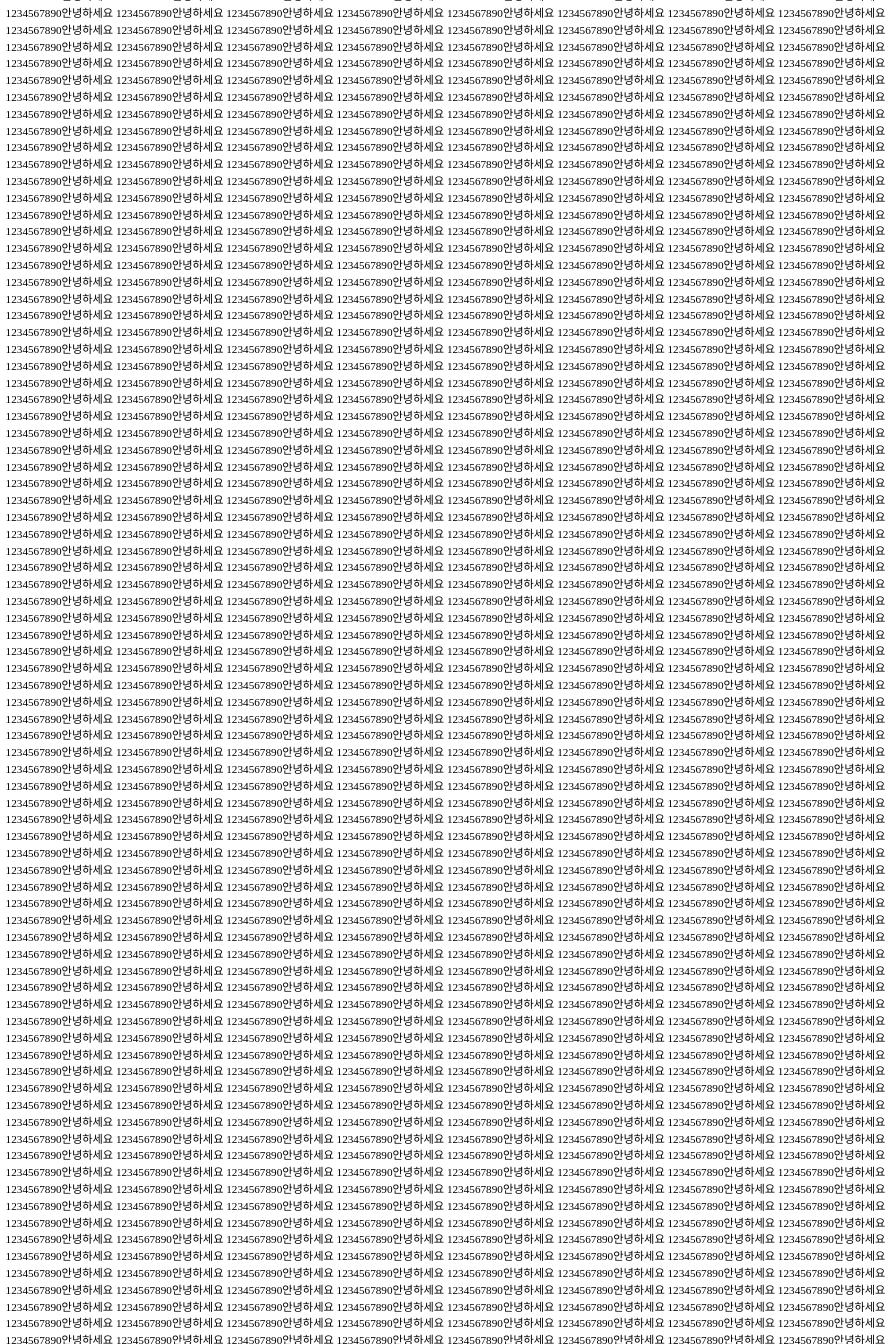
Repository: HongMW/study
Page: http://localhost/jsp01_basic/jsp03_process/jsp01_process.jsp
The author's editor kept a copy of each file at every save. The page is drawn from the files as they stood at one save, then again after the next save.
The browser window is 1280 px wide. The pictures show the part of the page from y = 2763 to 4683 px (the page is 30016 px tall before and 3016 px after), at 70% of full size.
The page is served by Tomcat 9. Other server files are loaded and not shown.

Above is the page before, as saved 2022-12-12 04:47:48.

### 04.jsp/jsp01_basic/WebContent/jsp03_process/jsp01_process.jsp
<%@page language="java" contentType="text/html; charset=UTF-8" pageEncoding="UTF-8"%>
<%@page buffer="none" %>
<!--
	A. JSP처리과정
	B. 출력버퍼와 응답
	C. 플러쉬(Flush)
 -->
<!DOCTYPE html>
<html>
<head>
<meta charset="UTF-8">
<title>Insert title here</title>
</head>
<body>
	<%
		for(int i=0;i<10000;i++) {
	%>
		1234567890안녕하세요
	<%
		}
	%>
</body>
</html>

After the next save:
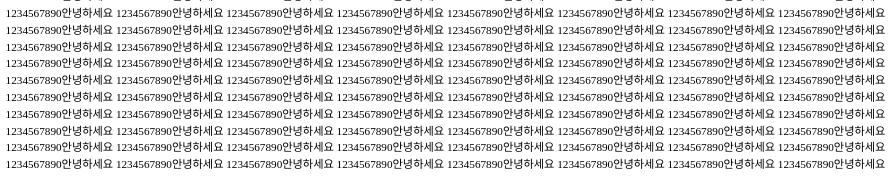
Saved 19 s later.
--- a/04.jsp/jsp01_basic/WebContent/jsp03_process/jsp01_process.jsp
+++ b/04.jsp/jsp01_basic/WebContent/jsp03_process/jsp01_process.jsp
@@ -13,7 +13,7 @@
 </head>
 <body>
 	<%
-		for(int i=0;i<10000;i++) {
+		for(int i=0;i<1000;i++) {
 	%>
 		1234567890안녕하세요
 	<%
